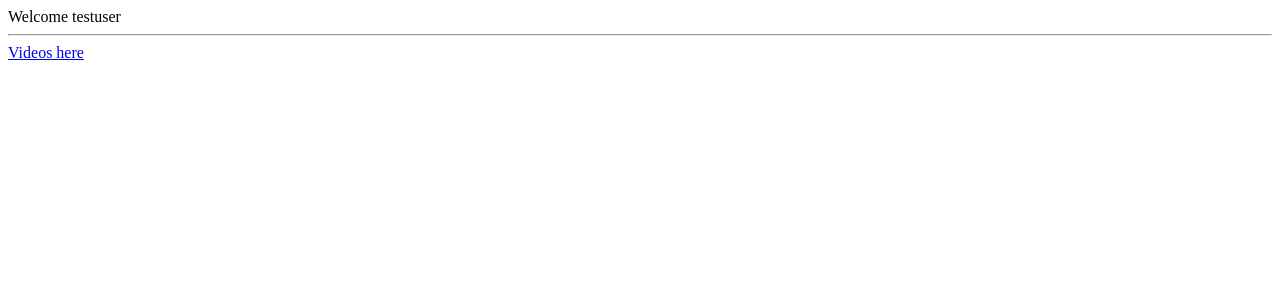
Repository: tailoryash/jsp-servlet
Page: http://localhost/LoginModule/welcome.jsp
The author's editor kept a copy of each file at every save. The page is drawn from the files as they stood at one save, then again after the next save.
The browser window is 1280 px wide. The pictures show the whole page.
The page is served by Tomcat 9. The session is filled in as if someone had signed in: {"username": "testuser"}. Other server files are loaded and not shown.

Above is the page before, as saved 2023-09-22 13:19:37.

### LoginModule/WebContent/welcome.jsp
<%@ page language="java" contentType="text/html; charset=ISO-8859-1"
    pageEncoding="ISO-8859-1"%>
<!DOCTYPE html>
<html>
<head>
<meta charset="ISO-8859-1">
<title>Insert title here</title>
</head>
<body>
<%
	if(session.getAttribute("username") == null){
		response.sendRedirect("login.jsp");
	}
%>
Welcome ${username}
<hr>
<a href = "videos.jsp">Videos here</a>

</body>
</html>

After the next save:
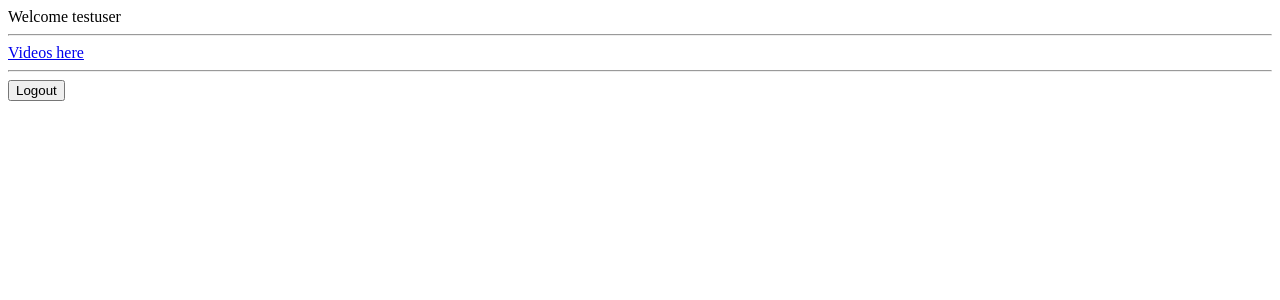
Saved 80 s later.
--- a/LoginModule/WebContent/welcome.jsp
+++ b/LoginModule/WebContent/welcome.jsp
@@ -15,6 +15,9 @@
 Welcome ${username}
 <hr>
 <a href = "videos.jsp">Videos here</a>
-
+<hr>
+<form action = "Logout">
+	<input type = "submit" value = "Logout">
+</form>
 </body>
 </html>
